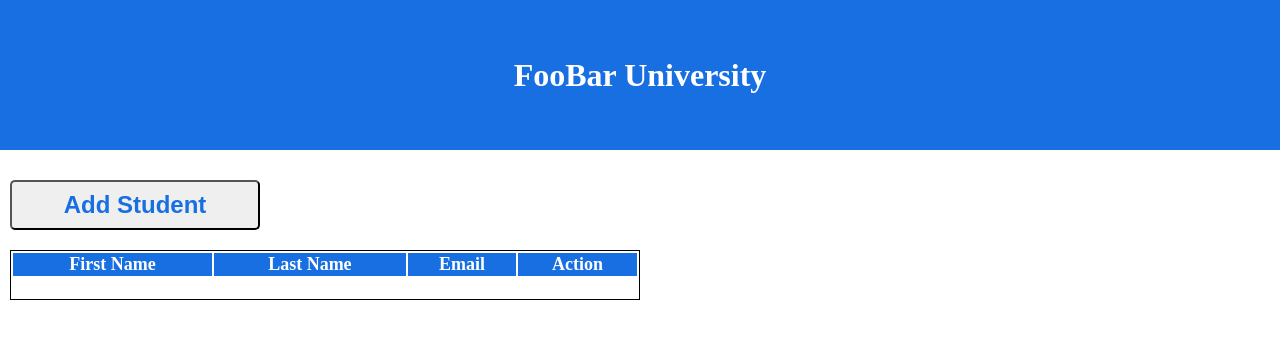
Repository: theslayer2964/Ahihihaha
Page: http://localhost/web_student_tracker/StudentControllerServlet
An editor plug-in stored every save of this project. The page is shown before and after the next save, followed by the edit.
The browser window is 1280 px wide. The pictures show the whole page.
The page is served by Tomcat 9. Other server files are loaded and not shown. Queries for data that is not in the repository find no rows.

Above is the page before, as saved 2022-03-05 08:39:55.

### web_student_tracker/src/main/webapp/list_student.jsp
<%@ page language="java" contentType="text/html; charset=ISO-8859-1"
	pageEncoding="ISO-8859-1"%>
<%@taglib uri="http://java.sun.com/jsp/jstl/core" prefix="c"%>
<!DOCTYPE html>
<html>
<head>
<meta charset="ISO-8859-1">
<title>Student Tracker App</title>
<link type="text/css" rel="stylesheet" href="css/style.css">
<style type="text/css">
.container {
	padding: 10px 10px 10px 10px;
}
</style>
</head>
<body>
	<div id="wrapper">
		<div id="header">
			<h2 style="margin-top: 0px">FooBar University</h2>
		</div>
	</div>
	<div class="container">
		<div class="content">
			<input type="button" value="Add Student"
				onclick="window.location.href='add-student-form.jsp';return false;"
				class="add-student-button" />

			<table class="table">
				<thead
					style="background-color: rgb(24, 111, 226); color: white; font-size: 18px;">
					<tr>
						<th>First Name</th>
						<th>Last Name</th>
						<th>Email</th>
						<th>Action</th>
					</tr>
				</thead>
				<tbody>
					<c:forEach var="tempStudent" items="${STUDENT_LIST}">
						<!-- tag: tạo ra 2 url: temp vf delete chứa tên biến và value,
                	-> bên trong là 2 tham số đi kèm vs url  -->
						<c:url var="tempLink" value="StudentControllerServlet">
							<c:param name="command" value="LOAD"></c:param>
							<c:param name="studentId" value="${tempStudent.id}"></c:param>
						</c:url>
						<!-- set up link to delete -->
						<c:url var="deleteLink" value="StudentControllerServlet">
							<c:param name="command" value="DELETE"></c:param>
							<c:param name="studentId" value="${tempStudent.id}"></c:param>
						</c:url>
						<tr>
							<td>${tempStudent.firstName}</td>
							<td>${tempStudent.lastName}</td>
							<td>${tempStudent.email}</td>
							<td style="text-align: center;">
								<!-- tạo ra 2 url tham chiếu đến 2 cái link tempLink, deleteLink, tạo sẵn ở trên, gọi đến
                			 Sau khi click dô cái này -> gọi đến serlet z``, có tham số z`` đc gửi đi -->
								<a href="${tempLink}">Update</a> | <a href="${deleteLink}"
								onclick="if (!(confirm('Are you sure you want to delete this student'))) return false">Delete</a>
							</td>
						</tr>
					</c:forEach>
				</tbody>

			</table>

		</div>
	</div>
</body>
</html>

### web_student_tracker/src/main/java/iuh/fit/web/jdbc/StudentControllerServlet.java
package iuh.fit.web.jdbc;

import java.io.IOException;
import java.util.List;

import javax.annotation.Resource;
import javax.servlet.RequestDispatcher;
import javax.servlet.ServletException;
import javax.servlet.annotation.WebServlet;
import javax.servlet.http.HttpServlet;
import javax.servlet.http.HttpServletRequest;
import javax.servlet.http.HttpServletResponse;
import javax.sql.DataSource;

/**
 * Servlet implementation class StudentControllerServlet
 */
@WebServlet("/StudentControllerServlet")
public class StudentControllerServlet extends HttpServlet {
	private static final long serialVersionUID = 1L;

	private StudentDbUtil studentDbUtil;

	@Resource(name="jdbc/web_student_tracker")
	private DataSource dataSource;

	@Override
	public void init() throws ServletException {
		super.init();
		try {
			studentDbUtil = new StudentDbUtil(dataSource);
		} catch (Exception e) {
			throw new ServletException(e);
		}
	}

	public StudentControllerServlet() {
		super();
	}

	/**
	 * @see HttpServlet#doGet(HttpServletRequest request, HttpServletResponse
	 *      response)
	 */
	protected void doGet(HttpServletRequest request, HttpServletResponse response){
		try {
			// TODO Auto-generated method stub
			response.getWriter().append("Served at: ").append(request.getContextPath());

			String theCommand = request.getParameter("command");
			if (theCommand == null)
				theCommand = "LIST";
			switch (theCommand) {
			case "LIST":
				listStudents(request, response);
				break;
			case "ADD":
				addStudents(request, response);
				break;
			case "UPDATE":
				updateStudents(request, response);
				break;
			case "LOAD":
				loadStudents(request, response);
				break;
			case "DELETE":
				deleteStudents(request, response);
				break;
			default:
				listStudents(request,response);
			}
		}
		catch (Exception e) {
			// TODO: handle exception
			e.printStackTrace();
		}
	}

	private void deleteStudents(HttpServletRequest request, HttpServletResponse response) throws Exception{
		String id = request.getParameter("studentId");
		// TODO Auto-generated method stub
		studentDbUtil.deleteStudent(id);
		listStudents(request, response);
	}

	private void loadStudents(HttpServletRequest request, HttpServletResponse response) throws Exception {
		// TODO Auto-generated method stub
		String studentId = request.getParameter("studentId");
		Student s= studentDbUtil.getStdent(studentId);
		request.setAttribute("THE_STUDENT", s);
		RequestDispatcher requestDispatcher = request.getRequestDispatcher("update-student-form.jsp");
		requestDispatcher.forward(request, response);
	}

	private void updateStudents(HttpServletRequest request, HttpServletResponse response) throws ServletException, IOException {
		int id = Integer.parseInt(request.getParameter("studentId"));
		String first = request.getParameter("firstName");
		String last = request.getParameter("lastName");
		String email = request.getParameter("email");

		Student s = new Student(id, first, last, email);
		// TODO Auto-generated method stub
		studentDbUtil.updateStudent(s);
		listStudents(request, response);
	}

	private void addStudents(HttpServletRequest request, HttpServletResponse response) throws ServletException, IOException {
		String first = request.getParameter("firstName");
		String last = request.getParameter("lastName");
		String email = request.getParameter("email");
		Student s = new Student(first, last , email);
		// TODO Auto-generated method stub
		studentDbUtil.addStudent(s);
		listStudents(request, response);
	}

	private void listStudents(HttpServletRequest request, HttpServletResponse response) throws ServletException, IOException {
		// TODO Auto-generated method stub
		List<Student> students = studentDbUtil.getStdents();
		request.setAttribute("STUDENT_LIST", students);
		RequestDispatcher requestDispatcher = request.getRequestDispatcher("list_student.jsp");
		requestDispatcher.forward(request, response);
	}

	/**
	 * @see HttpServlet#doPost(HttpServletRequest request, HttpServletResponse
	 *      response)
	 */
	protected void doPost(HttpServletRequest request, HttpServletResponse response)
			throws ServletException, IOException {
		// TODO Auto-generated method stub
		doGet(request, response);
	}

}

### web_student_tracker/src/main/webapp/css/style.css
body {
	margin: 0px 0px 0px 0px;
	padding: 0px 0px 0px 0px;
}

#wrapper {
	background-color: rgb(24, 111, 226);
	height: 150px;
	width: 100%;
}

.container {
	padding: 10px 10px 10px 10px;
}

h2 {
	color: white;
	line-height: 150px;
	font-size: 32px;
	text-align: center;
}

.add-student-button {
	font-size: 24px;
	width: 250px;
	height: 50px;
	font-weight: bold;
	color: rgb(24, 111, 226);
	border-radius: 5px 5px 5px 5px;
	margin-top: 20px;
	margin-bottom: 20px;
}

.table {
	border: 1px solid black;
	height: 50px;
	width: 50%;
}

td {
	padding-top: 5px;
	padding-bottom: 5px;
}

td a {
	border: 1px solid yellow;
	color: white;
	background-color: rgb(73, 131, 207);
	padding-top: 3px;
	padding-bottom: 3px;
	padding-left: 7px;
	padding-right: 7px;
	border-radius: 5px;
	text-decoration: none;
}

.save {
	font-weight: bold;
	width: 130px;
	padding: 5px 10px;
	margin-top: 30px;
	background: rgb(73, 131, 207);
}

After the next save:
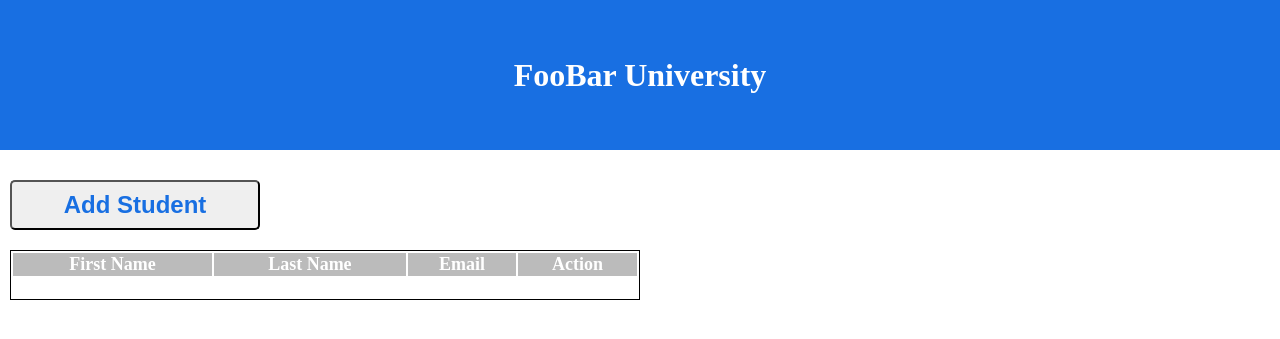
Saved 4 min 34 s later.
--- a/web_student_tracker/src/main/webapp/list_student.jsp
+++ b/web_student_tracker/src/main/webapp/list_student.jsp
@@ -11,6 +11,8 @@
 .container {
 	padding: 10px 10px 10px 10px;
 }
+tr:nth-child(even) {background: #FFFFFF}
+tr:nth-child(odd) {background: #BBBBBB}
 </style>
 </head>
 <body>
